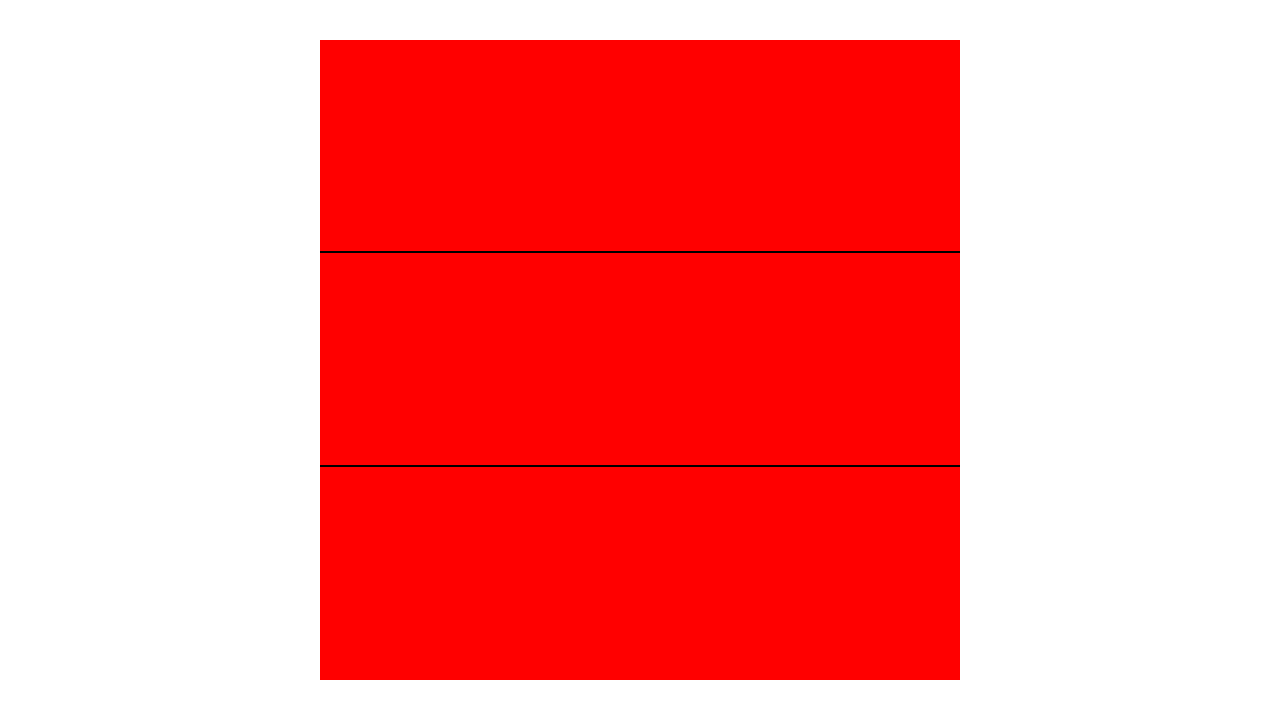
Repository: baumanmilosz/tictactoe
Page: index.html
These files come from the project's save history. The page is drawn as it stood at one moment and after the next save; the edit follows.
The browser window is 1280 px wide. The pictures show the whole page.

Above is the page before, as saved 2019-02-21 16:45:08.

### index.html
<!DOCTYPE html>
<html lang="en">

<head>
  <meta charset="UTF-8">
  <meta name="viewport" content="width=device-width, initial-scale=1.0">
  <meta http-equiv="X-UA-Compatible" content="ie=edge">
  <link rel="stylesheet" href="./style.css">
  <title>Tic Tac Toe</title>
</head>

<body>
  <div class="board">
    <div class="row">
      <div class="box"></div>
      <div class="box"></div>
      <div class="box"></div>
    </div>
    <div class="row">
      <div class="box"></div>
      <div class="box"></div>
      <div class="box"></div>
    </div>
    <div class="row">
      <div class="box"></div>
      <div class="box"></div>
      <div class="box"></div>
    </div>
  </div>

  <script src="./script.js"></script>
</body>

</html>

### style.css
* {
  margin: 0;
  padding: 0;
  box-sizing: border-box;
}

html {
  font-size: 10px;
}

body {
  position: relative;
  height: 100vh;
}

.board {
  display: flex;
  flex-wrap: wrap;
  justify-content: center;
  align-items: center;
  position: absolute;
  left: 50%;
  top: 50%;
  transform: translate(-50%, -50%);
  width: 50vw;
  height: 50vw;
  background-color: red;
}

.row {
  width: 100%;
  height: 33.3%;
  display: flex;
  cursor: pointer;
}

.row:nth-child(1), .row:nth-child(2) {
  border-bottom: 2px solid black;
}

.box {
  background-color: blue;
}

.row > .box:nth-child(1), .row > .box:nth-child(1) {
  background-color: blue;
}

.box.cross:before{
  content: 'X';
  font-size: 20px;
}

.box.circle::after{
  content: 'O';
  font-size: 20px;
}

### script.js
const boxes = document.querySelectorAll('.box');

let oddPlayer = true;

boxes.forEach(box => box.addEventListener('click', () => {
  if (box.classList.contains('circle') || box.classList.contains('cross')) return;
  oddPlayer ? box.classList.add('circle') : box.classList.add('cross');
  oddPlayer = !oddPlayer;
}));

After the next save:
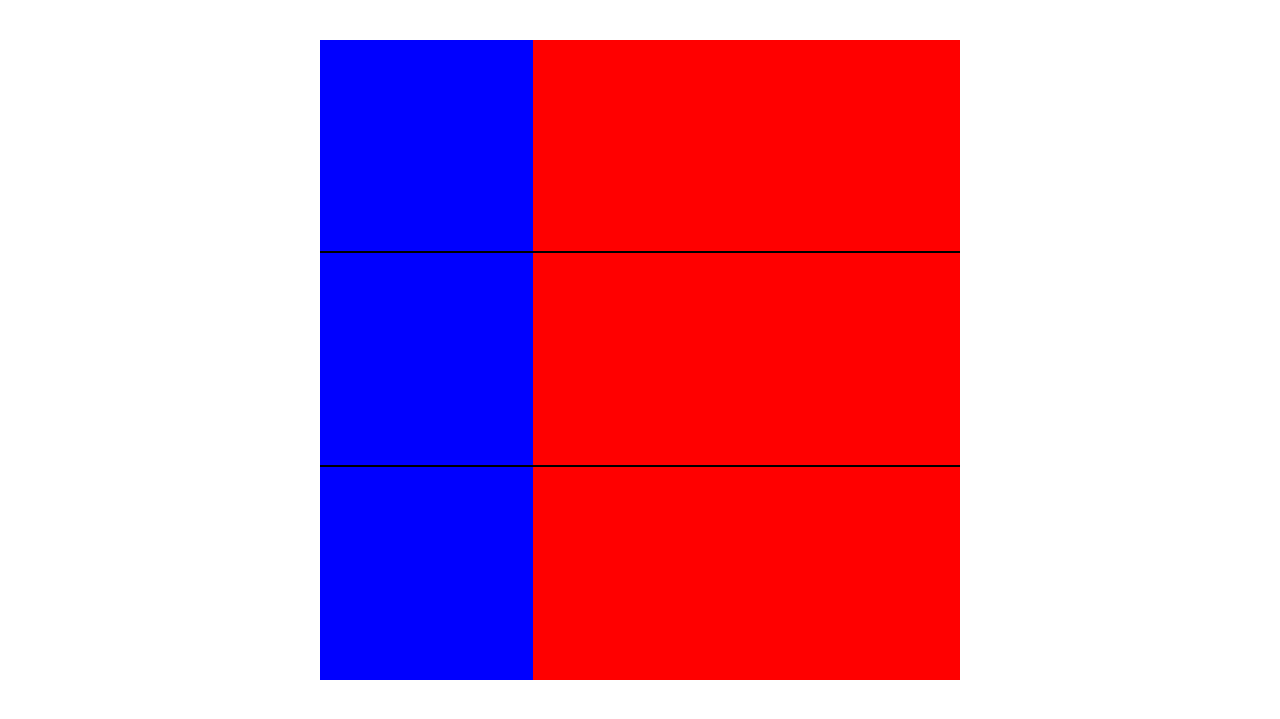
Saved 11 s later.
--- a/style.css
+++ b/style.css
@@ -39,7 +39,9 @@
 }
 
 .box {
-  background-color: blue;
+  width: 100%;
+  height: 100%;
+  background-color;
 }
 
 .row > .box:nth-child(1), .row > .box:nth-child(1) {
